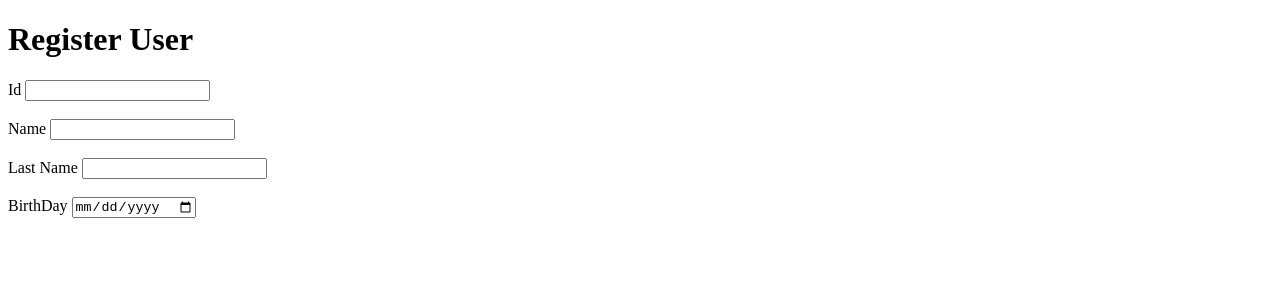
Repository: Ingridlmorales/app-cym-repo
Page: http://localhost/register_page
The author's editor kept a record of every edit. The page is drawn from the files as they stood at one moment, then again after the next edit.
The browser window is 1280 px wide. The pictures show the whole page.
The page is served by the project's application, run on Flask 3 (server.py). Other server files are loaded and not shown.

Above is the page before.

### templates/register.html
<!DOCTYPE html>
<html>
    <head>
        <meta http-equiv="content-type" content="text/html; charset=utf-8" />
        <title> App Web </title>

    </head>
    <body>
        <h1> Register User</h1>
        <form>
            <label>Id</label> <input type="number" /> <br> <br>
            <label>Name</label> <input type="text" /> <br> <br>
            <label>Last Name</label> <input type="text" /> <br> <br>
            <label>BirthDay</label> <input type="date" /> <br> <br>
        </form>
    </body>
</html>

### controller/control.py
from flask import render_template, request
from database.db import *
from controller.admin_s3 import *

def func_home_page():
    return render_template("home.html")

def func_register_page():
    return render_template("register.html")

def func_consult_page():
    return render_template("consult.html")

def func_register_user():
    id = request.form["id"]
    name = request.form["name"]
    lastname = request.form["lastname"]
    birthday = request.form["birthday"]
    photo = request.files["photo"]
    confirm_user = add_user(id, name, lastname, birthday)
    if confirm_user:
        s3_resource = connection_s3()
        photo_path_local = save_file(photo)
        confirm_photo = upload_file(s3_resource, photo, photo_path_local, id)
        if confirm_photo:
            return "<h1> Usuario creado exitosamente </h1>"
        else:
            return "<h1> Usuario creado sin foto </h1>"
    else:
        return "<h1> Error: no fue posible crear el user </h1>"

def func_consult_user():
    obj_user = request.get_json()
    id = obj_user["id"]
    result_data = consult_user(id)
    if result_data != False and len(result_data) != 0:
        s3_resource = connection_s3()
        file_found = consult_file(s3_resource, id)
        if file_found != None:
            url_file = "https://file-cym.s3.amazonaws.com/" + file_found
        else:
            url_file = ""
        response = {
                'status':"ok",
                'name': result_data[0][1],
                'lastname' : result_data[0][2],
                'birthday' : result_data[0][3],
                'photo' : url_file
            }
    else:
        response = {
            'status':"error"
        }
    return response

### routes/route.py
from controller.control import *
from server import app

@app.route("/")
def home_page():
    return func_home_page()

@app.route("/register_page")
def register_page():
    return func_register_page()

@app.route("/consult_page")
def consult_page():
    return func_consult_page()

@app.route("/register_user", methods=["post"])
def register_user():
    return func_register_user()

@app.route("/consult_user", methods=["post"])
def consult_user():
    return func_consult_user()

### server.py
from flask import Flask

app = Flask(__name__)

from routes.route import *

if __name__ == "__main__":
    host = "0.0.0.0"
    port ="80"
    app.run(host, port)

### database/db.py
import pymysql

db_host = 'instance-cym.c3c8246s0kxx.us-east-1.rds.amazonaws.com'
db_user = 'ingrid'
db_password = 'AWS-CYM21'
db_database = 'db_cym'
db_table = 'users'

def connectionSQL():
    try:
        connection_sql = pymysql.connect(
            host = db_host,
            user = db_user,
            password = db_password,
            database = db_database
        )
        print("Successful connection database")
        return connection_sql
    except Exception as err:
        print("Error conectando a la base de datos")
        print(err)
        return None

def add_user(id, name, lastname, birthday):
    instruction_sql = "INSERT INTO" + " " + db_table + " (id, name, lastname, birthday) VALUES ("+id+", '"+name+"', '"+lastname+"', '"+birthday+"') "
    print(instruction_sql)
    connection_sql = connectionSQL()
    try:
        if connection_sql != None:
            cursor = connection_sql.cursor()
            cursor.execute(instruction_sql)
            connection_sql.commit()
            print("Usuario agregado")
            return True
        else:
            print("Error conectando a la BD")
            return False
    except Exception as err:
        print("Error creando el usuario")
        print(err)
        return False

def consult_user(id):
    instruction_sql = "SELECT * FROM users WHERE id = " + id
    connection_sql = connectionSQL()
    try:
        cursor = connection_sql.cursor()
        cursor.execute(instruction_sql)
        result_data = cursor.fetchall()
        return (result_data)
    except Exception as err:
        print("Error", err)
        return False

After the next edit:
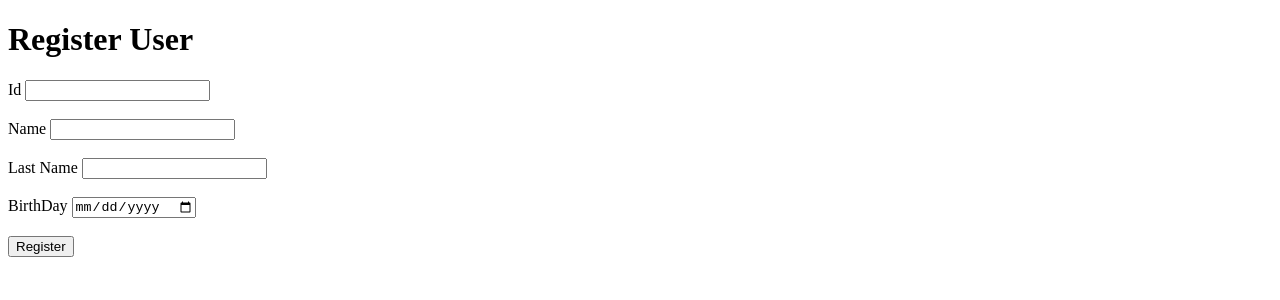
The edit:
--- a/templates/register.html
+++ b/templates/register.html
@@ -12,6 +12,7 @@
             <label>Name</label> <input type="text" /> <br> <br>
             <label>Last Name</label> <input type="text" /> <br> <br>
             <label>BirthDay</label> <input type="date" /> <br> <br>
+            <button>Register</button>
         </form>
     </body>
 </html>
